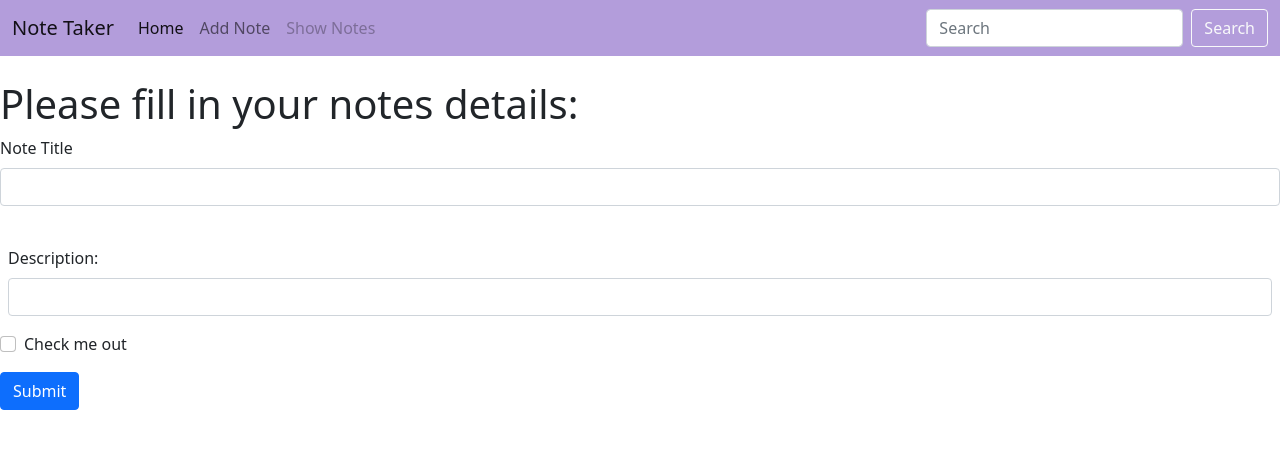
Repository: Tanmoy4672/Hibernate
Page: http://localhost/NoteTaker/add_notes.jsp
The author's editor kept a copy of each file at every save. The page is drawn from the files as they stood at one save, then again after the next save.
The browser window is 1280 px wide. The pictures show the whole page.
The page is served by Tomcat 9. Other server files are loaded and not shown.

Above is the page before, as saved 2021-12-16 06:16:00.

### NoteTaker/src/main/webapp/add_notes.jsp
<%@ page language="java" contentType="text/html; charset=ISO-8859-1"
	pageEncoding="ISO-8859-1"%>
<!DOCTYPE html>
<html>
<head>
<meta charset="ISO-8859-1">
<title>Add notes</title>
<%@include file="All_js_css.jsp"%>

</head>
<body>
	<div class="container-fluid p-0 m-0">
		<%@include file="Navbar.jsp"%>
	</div>

<br>
<h1>Please fill in your notes details:</h1>
	<!-- This is add notes form -->
	<form action="SaveNoteServlet" method="POST">
		<div class="mb-3 m-6">
			<label for="exampleInputEmail1" class="form-label">Note Title</label>
			 <input type="text" class="form-control"
				id="exampleInputEmail1" aria-describedby="emailHelp">
			<br>
		</div>
		<div class="mb-3 m-2">
			<label for="exampleInputPassword1" class="form-label">Description:</label>
			<input type="text" class="form-control"
				id="exampleInputPassword1">
		</div>
		<div class="mb-3 form-check">
			<input type="checkbox" class="form-check-input" id="exampleCheck1">
			<label class="form-check-label" for="exampleCheck1">Check me
				out</label>
		</div>
		<button type="submit" class="btn btn-primary">Submit</button>
	</form>




</body>
</html>

### NoteTaker/src/main/webapp/All_js_css.jsp
<!-- Bootstrap CSS -->
    <link href="https://cdn.jsdelivr.net/npm/bootstrap@5.0.2/dist/css/bootstrap.min.css" rel="stylesheet" integrity="sha384-EVSTQN3/azprG1Anm3QDgpJLIm9Nao0Yz1ztcQTwFspd3yD65VohhpuuCOmLASjC" crossorigin="anonymous">
    <link href="CSS/style.css" rel="stylesheet"/>

 <!-- Optional JavaScript; choose one of the two! -->

    <!-- Option 1: Bootstrap Bundle with Popper -->
    <script src="https://cdn.jsdelivr.net/npm/bootstrap@5.0.2/dist/js/bootstrap.bundle.min.js" integrity="sha384-MrcW6ZMFYlzcLA8Nl+NtUVF0sA7MsXsP1UyJoMp4YLEuNSfAP+JcXn/tWtIaxVXM" crossorigin="anonymous"></script>

    <!-- Option 2: Separate Popper and Bootstrap JS -->

    <script src="https://cdn.jsdelivr.net/npm/@popperjs/core@2.9.2/dist/umd/popper.min.js" integrity="sha384-IQsoLXl5PILFhosVNubq5LC7Qb9DXgDA9i+tQ8Zj3iwWAwPtgFTxbJ8NT4GN1R8p" crossorigin="anonymous"></script>
    <script src="https://cdn.jsdelivr.net/npm/bootstrap@5.0.2/dist/js/bootstrap.min.js" integrity="sha384-cVKIPhGWiC2Al4u+LWgxfKTRIcfu0JTxR+EQDz/bgldoEyl4H0zUF0QKbrJ0EcQF" crossorigin="anonymous"></script>

### NoteTaker/src/main/webapp/Navbar.jsp
<nav class="navbar navbar-expand-lg navbar-light purple">
	<div class="container-fluid">
		<a class="navbar-brand" href="index.jsp">Note Taker</a>
		<button class="navbar-toggler" type="button" data-bs-toggle="collapse"
			data-bs-target="#navbarSupportedContent"
			aria-controls="navbarSupportedContent" aria-expanded="false"
			aria-label="Toggle navigation">
			<span class="navbar-toggler-icon"></span>
		</button>
		<div class="collapse navbar-collapse" id="navbarSupportedContent">
			<ul class="navbar-nav me-auto mb-2 mb-lg-0">
				<li class="nav-item"><a class="nav-link active"
					aria-current="page" href="index.jsp">Home</a></li>
				<li class="nav-item"><a class="nav-link" href="add_notes.jsp">Add Note</a></li>

				<li class="nav-item"><a class="nav-link disabled" href="#"
					tabindex="-1" aria-disabled="true">Show Notes</a></li>
			</ul>
			<form class="d-flex">
				<input class="form-control me-2" type="search" placeholder="Search"
					aria-label="Search">
				<button class="btn btn-outline-light" type="submit">Search</button>
			</form>
		</div>
	</div>
</nav>

### NoteTaker/src/main/webapp/CSS/style.css
.purple{
	background: #b39ddb;
}

After the next save:
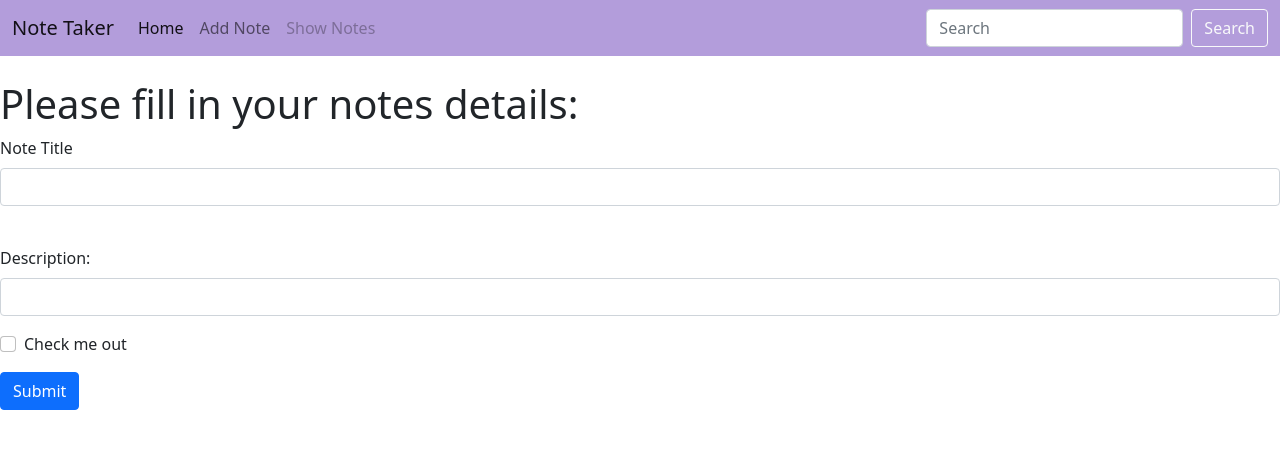
Saved 6 s later.
--- a/NoteTaker/src/main/webapp/add_notes.jsp
+++ b/NoteTaker/src/main/webapp/add_notes.jsp
@@ -23,7 +23,7 @@
 				id="exampleInputEmail1" aria-describedby="emailHelp">
 			<br>
 		</div>
-		<div class="mb-3 m-2">
+		<div class="mb-3 m-6">
 			<label for="exampleInputPassword1" class="form-label">Description:</label>
 			<input type="text" class="form-control"
 				id="exampleInputPassword1">
